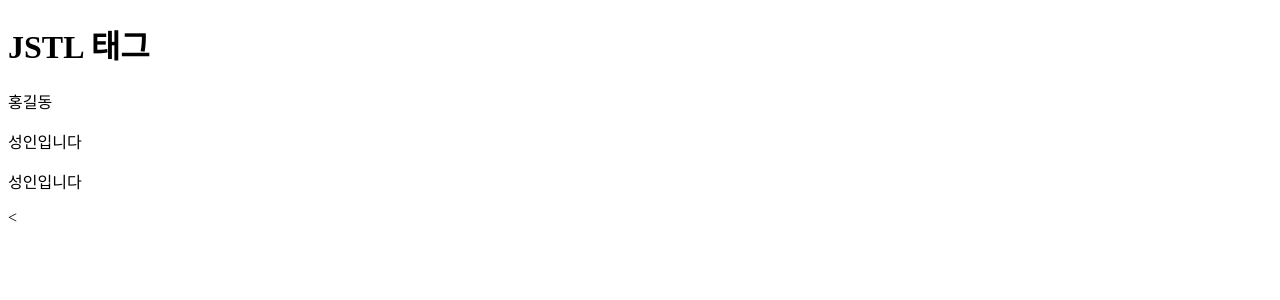
Repository: Kimth520/JSP-study
Page: http://localhost/day03/jstlTest2.jsp
The author's editor kept a copy of each file at every save. The page is drawn from the files as they stood at one save, then again after the next save.
The browser window is 1280 px wide. The pictures show the whole page.
The page is served by Tomcat 9.

Above is the page before, as saved 2025-01-14 06:13:08.

After the next save:
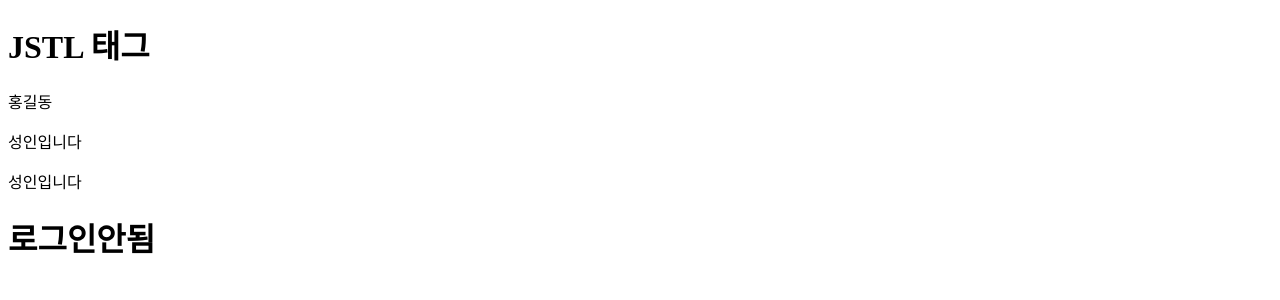
Saved 4 min 9 s later.
--- a/workspace/day03/src/main/webapp/jstlTest2.jsp
+++ b/workspace/day03/src/main/webapp/jstlTest2.jsp
@@ -38,7 +38,31 @@
 		</c:forEach>
 	</ul> --%>
 
-	<
+	<input type = "hidden" name ="id" value="admin">
+	<c:set var="id" value="${id}"></c:set>
+
+	<c:choose>
+		<c:when test="${id == 'admin'}">
+		<h1>
+			<c:out value="${id}"></c:out>
+		</h1>
+		</c:when>
+		<c:when test="${id == 'member'}">
+		<h1>
+			<c:out value="${id}"></c:out>
+		</h1>
+		</c:when>
+		<c:otherwise>
+			<h1>
+				<c:out value="로그인안됨"></c:out>
+			</h1>
+
+		</c:otherwise>
+
+
+
+	 </c:choose>
+
 
 
 </body>
